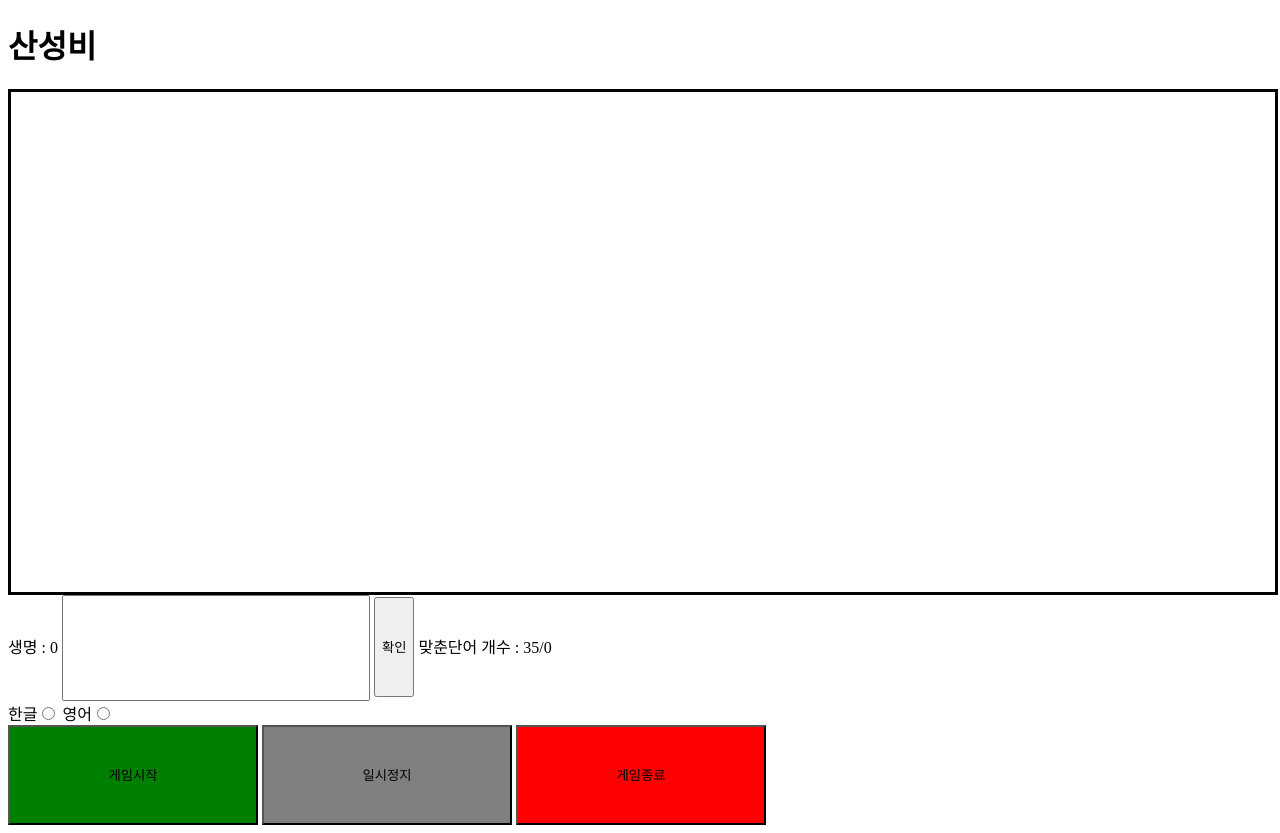
Repository: yuj1818/Hustar_JavaScript
Page: edu/edu/view/js_edu/sanseongbee.html
An editor plug-in stored every save of this project. The page is shown before and after the next save, followed by the edit.
The browser window is 1280 px wide. The pictures show the whole page.

Above is the page before, as saved 2022-06-02 04:37:07.

### edu/edu/view/js_edu/sanseongbee.html
<!DOCTYPE html>
<html>
	<head>
		<meta charset="UTF-8">
		<title>산성비 게임</title>
		<style>
			.game_main {
				border: 3px solid #000;
				width: 100%;
				height: 500px;
			}

			input#answer {
				width: 300px;
				height: 100px;
			}

			button#answer_submit {
				height:  100px;
			}

			.game_management_btn {
				width: 250px;
				height: 100px;
			}

			.background_red {
				background-color: red;
			}

			.background_green {
				background-color: green;
			}

			.background_gray {
				background-color: gray;
			}

		</style>
	</head>
	<body>
		<h1>산성비</h1>

		<div class="game_main"></div>

		<div>
			<span>
				생명 : 0
			</span>

			<span>
				<input id="answer" type="text"/>
				<button id="answer_submit">확인</button>
			</span>

			<span>
				맞춘단어 개수 : 35/0
			</span>
		</div>

		<div>
			<label for="korean">한글</label><input id="korean" name="lan_type" type="radio"/>
			<label for="english">영어</label><input id="english" name="lan_type" type="radio"/>
		</div>

		<div>
			<button class="game_management_btn background_green">게임시작</button>
			<button class="game_management_btn background_gray">일시정지</button>
			<button class="game_management_btn background_red">게임종료</button>
		</div>
	</body>

	<script>
		window.onresize = function(event){
			console.log("event : ", event);
			var innerWidth = window.innerWidth;
			console.log("innerWidth : ", innerWidth);
		}
	</script>
</html>

After the next save:
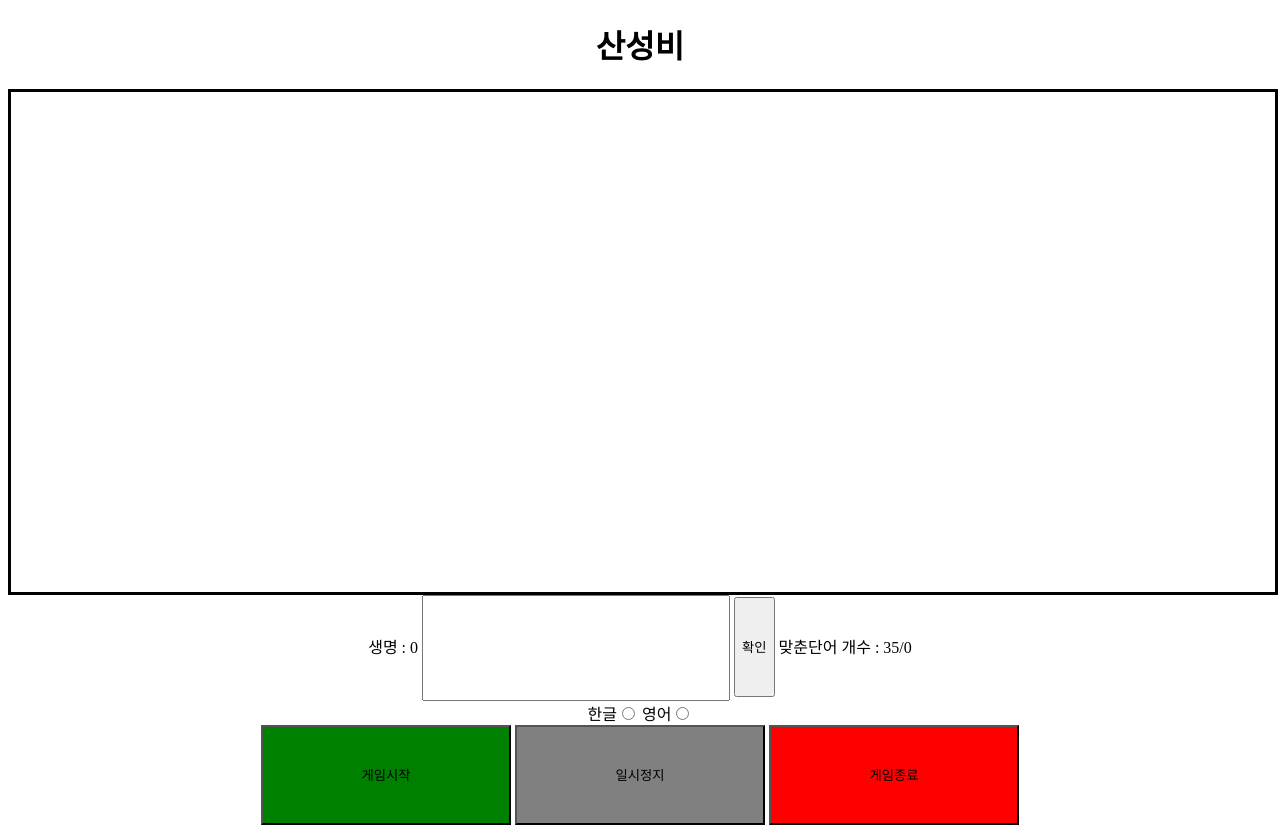
Saved 7 min 29 s later.
--- a/edu/edu/view/js_edu/sanseongbee.html
+++ b/edu/edu/view/js_edu/sanseongbee.html
@@ -36,14 +36,17 @@
 				background-color: gray;
 			}
 
+			.text_center {
+				text-align: center;
+			}
 		</style>
 	</head>
 	<body>
-		<h1>산성비</h1>
+		<h1 class="text_center">산성비</h1>
 
 		<div class="game_main"></div>
 
-		<div>
+		<div class="text_center">
 			<span>
 				생명 : 0
 			</span>
@@ -58,12 +61,12 @@
 			</span>
 		</div>
 
-		<div>
+		<div class="text_center">
 			<label for="korean">한글</label><input id="korean" name="lan_type" type="radio"/>
 			<label for="english">영어</label><input id="english" name="lan_type" type="radio"/>
 		</div>
 
-		<div>
+		<div class="text_center">
 			<button class="game_management_btn background_green">게임시작</button>
 			<button class="game_management_btn background_gray">일시정지</button>
 			<button class="game_management_btn background_red">게임종료</button>
